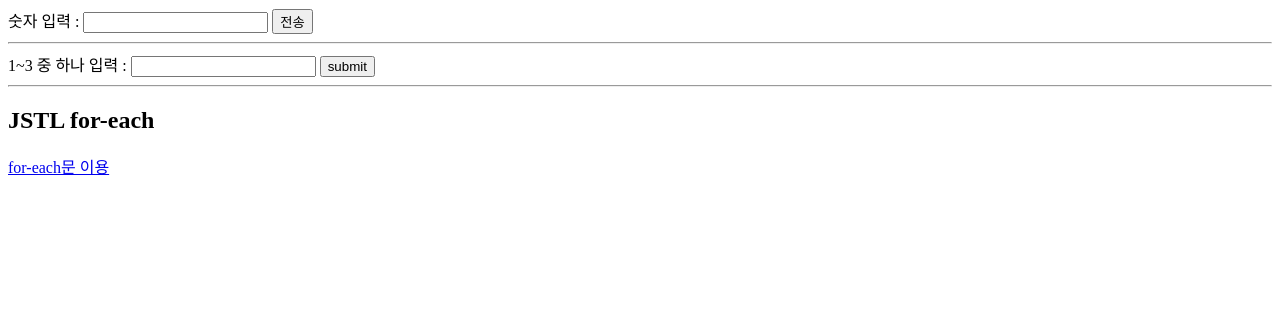
Repository: emthrology/servertest
Page: http://localhost/jspTag/JSTL/jsp_JSTL.jsp
These files come from the project's save history. The page is drawn as it stood at one moment and after the next save; the edit follows.
The browser window is 1280 px wide. The pictures show the whole page.
The page is served by Tomcat 9.

Above is the page before, as saved 2019-05-16 05:34:01.

After the next save:
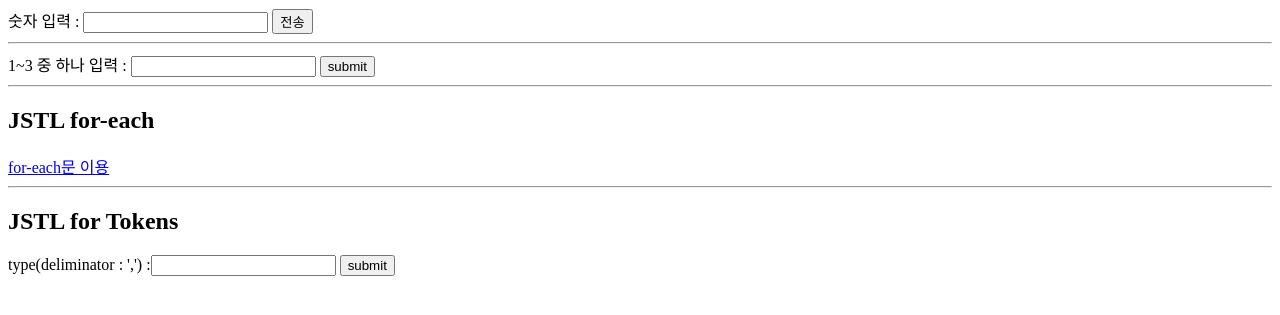
Saved 10 min 39 s later.
--- a/apache/jspTag/WebContent/JSTL/jsp_JSTL.jsp
+++ b/apache/jspTag/WebContent/JSTL/jsp_JSTL.jsp
@@ -19,5 +19,10 @@
 	<hr>
 	<h2>JSTL for-each</h2>
 	<a href="/jspTag/JSTL/jsp_JSTL_foreach.jsp">for-each문 이용</a>
+	<hr>
+	<h2>JSTL for Tokens</h2>
+	<form action="/jspTag/JSTL/jsp_JSTL_forTokens.jsp"></form>
+		type(deliminator : ',') :<input type="text" name="hobby">
+		<input type="submit" value="submit">
 </body>
 </html>
